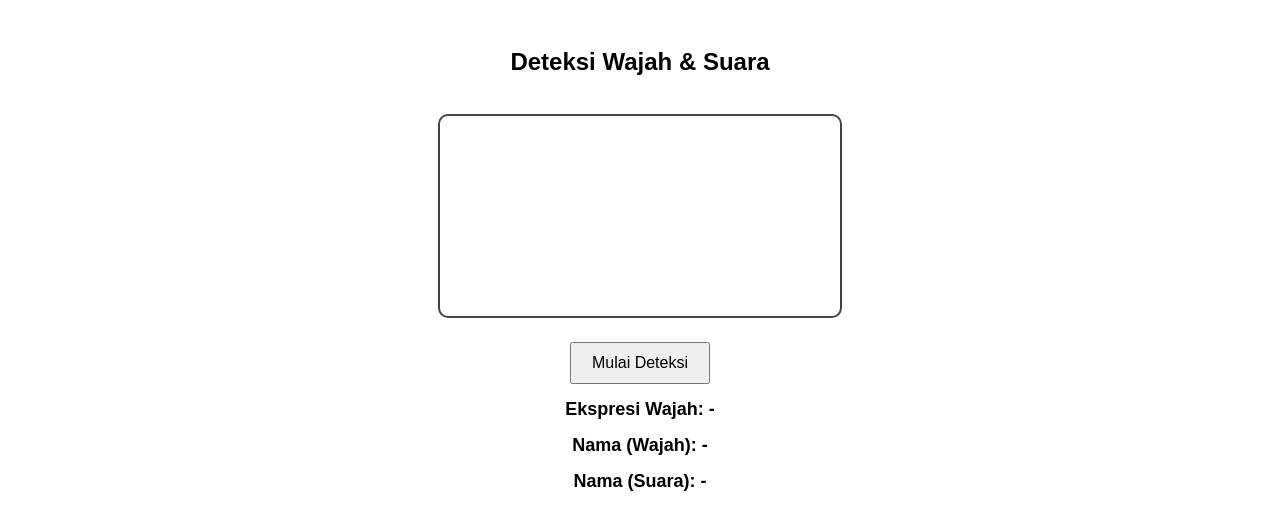
Repository: RalfyBawinto/working-teachable-machine
Page: index.html
These files come from the project's save history. The page is drawn as it stood at one moment and after the next save; the edit follows.
The browser window is 1280 px wide. The pictures show the whole page.

Above is the page before, as saved 2025-04-22 00:25:10.

After the next save:
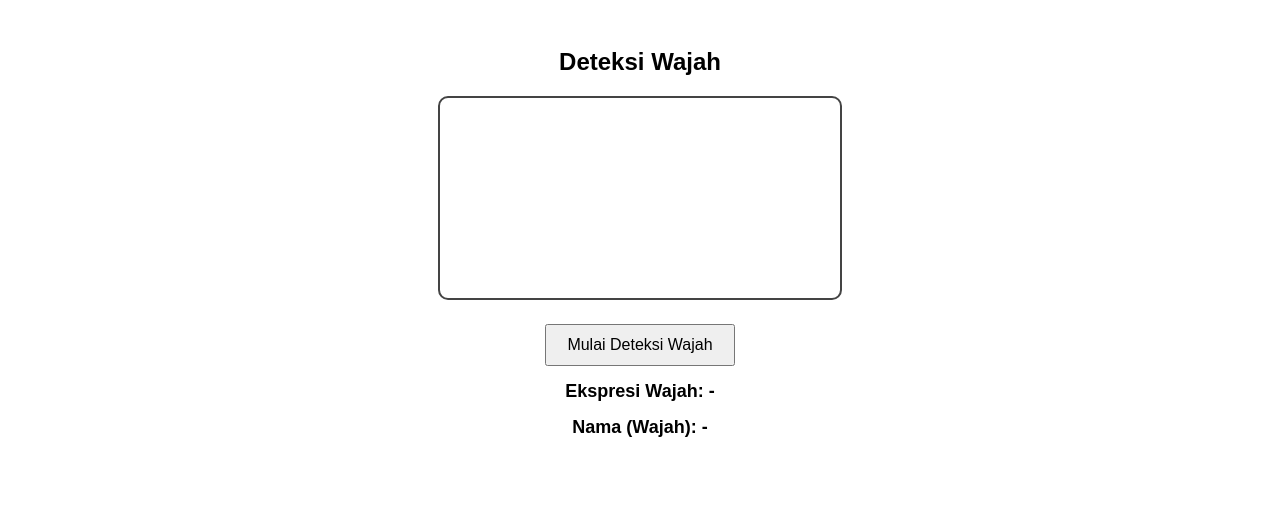
Saved 3 min 20 s later.
--- a/index.html
+++ b/index.html
@@ -3,7 +3,7 @@
   <head>
     <meta charset="UTF-8" />
     <meta name="viewport" content="width=device-width, initial-scale=1.0" />
-    <title>Deteksi Wajah & Suara</title>
+    <title>Deteksi Wajah</title>
     <style>
       body {
         font-family: Arial, sans-serif;
@@ -21,79 +21,45 @@
         font-size: 18px;
         font-weight: bold;
       }
-      button,
-      select {
+      button {
         margin-top: 20px;
         padding: 10px 20px;
         font-size: 16px;
       }
-      #cameraSelectWrapper {
-        display: none;
-        margin-top: 10px;
-      }
     </style>
   </head>
   <body>
-    <h2>Deteksi Wajah & Suara</h2>
+    <h2>Deteksi Wajah</h2>
 
-    <div id="cameraSelectWrapper">
-      <label for="cameraSelect">Pilih Kamera:</label>
-      <select id="cameraSelect">
-        <option value="user">Depan (Selfie)</option>
-        <option value="environment">Belakang</option>
-      </select>
-    </div>
-
-    <br />
     <video id="video" autoplay muted playsinline></video>
     <canvas id="canvas" width="400" height="300" style="display: none"></canvas>
 
     <br />
-    <button onclick="start()">Mulai Deteksi</button>
+    <button onclick="startFaceDetection()">Mulai Deteksi Wajah</button>
 
     <div class="output" id="face-output">Ekspresi Wajah: -</div>
     <div class="output" id="name-output">Nama (Wajah): -</div>
-    <div class="output" id="voice-output">Nama (Suara): -</div>
 
     <!-- TensorFlow.js -->
     <script src="https://cdn.jsdelivr.net/npm/@tensorflow/tfjs@3.21.0/dist/tf.min.js"></script>
     <script src="https://cdn.jsdelivr.net/npm/@teachablemachine/image@0.8/dist/teachablemachine-image.min.js"></script>
-    <script src="https://cdn.jsdelivr.net/npm/@teachablemachine/audio@0.8/dist/teachablemachine-audio.min.js"></script>
 
     <script>
-      // Inisialisasi library global jika belum ada
-      window.tmAudio = window.tmAudio || {};
-
       const faceModelURL =
         "https://teachablemachine.withgoogle.com/models/oTtv--EQC/";
       const nameModelURL =
         "https://teachablemachine.withgoogle.com/models/1E0LcWWmy/";
-      const voiceModelURL =
-        "https://teachablemachine.withgoogle.com/models/K_GdR4c9y/"; // URL model audio
 
-      let faceModel, nameModel, audioModel;
+      let faceModel, nameModel;
       let video, canvas, ctx;
 
-      function isMobileDevice() {
-        return /Mobi|Android|iPhone|iPad/i.test(navigator.userAgent);
-      }
-
-      if (isMobileDevice()) {
-        document.getElementById("cameraSelectWrapper").style.display = "block";
-      }
-
-      async function start() {
+      async function startFaceDetection() {
         video = document.getElementById("video");
         canvas = document.getElementById("canvas");
         ctx = canvas.getContext("2d");
 
-        let facingMode = "user";
-        if (isMobileDevice()) {
-          facingMode = document.getElementById("cameraSelect").value;
-        }
-
         try {
-          // Memuat model wajah dan nama dari kamera
+          // Memuat model wajah dan nama
           faceModel = await tmImage.load(
             faceModelURL + "model.json",
             faceModelURL + "metadata.json"
@@ -103,15 +69,9 @@
             nameModelURL + "metadata.json"
           );
 
-          // Memuat model suara dari URL yang benar
-          audioModel = await tmAudio.load(
-            voiceModelURL + "model.json",
-            voiceModelURL + "metadata.json"
-          );
-
           // Akses kamera
           const stream = await navigator.mediaDevices.getUserMedia({
-            video: { facingMode: { ideal: facingMode } },
+            video: { facingMode: "user" },
             audio: false,
           });
 
@@ -120,18 +80,9 @@
             video.play();
             requestAnimationFrame(loop);
           };
-
-          // Jalankan deteksi suara
-          predictVoice();
         } catch (err) {
           console.error("Error:", err);
-          let message = "Gagal mengakses kamera atau model.";
-          if (err.message.includes("audio")) {
-            message = "Gagal memuat model suara atau mikrofon tidak tersedia.";
-          } else if (err.message.includes("video")) {
-            message = "Gagal mengakses kamera.";
-          }
-          alert(message);
+          alert("Gagal mengakses kamera.");
         }
       }
 
@@ -160,32 +111,6 @@
           highest3.className
         } (${(highest3.probability * 100).toFixed(1)}%)`;
       }
-
-      async function predictVoice() {
-        try {
-          await audioModel.listen(
-            async () => {
-              const prediction = await audioModel.predict();
-              const highest = prediction.reduce(
-                (max, p) => (p.probability > max.probability ? p : max),
-                { probability: 0 }
-              );
-              document.getElementById(
-                "voice-output"
-              ).innerText = `Nama (Suara): ${highest.className} (${(
-                highest.probability * 100
-              ).toFixed(1)}%)`;
-            },
-            {
-              probabilityThreshold: 0.85,
-              overlapFactor: 0.5,
-            }
-          );
-        } catch (err) {
-          console.error("Gagal mendengarkan suara:", err);
-          alert("Tidak dapat mengakses mikrofon atau memulai deteksi suara.");
-        }
-      }
     </script>
   </body>
 </html>
